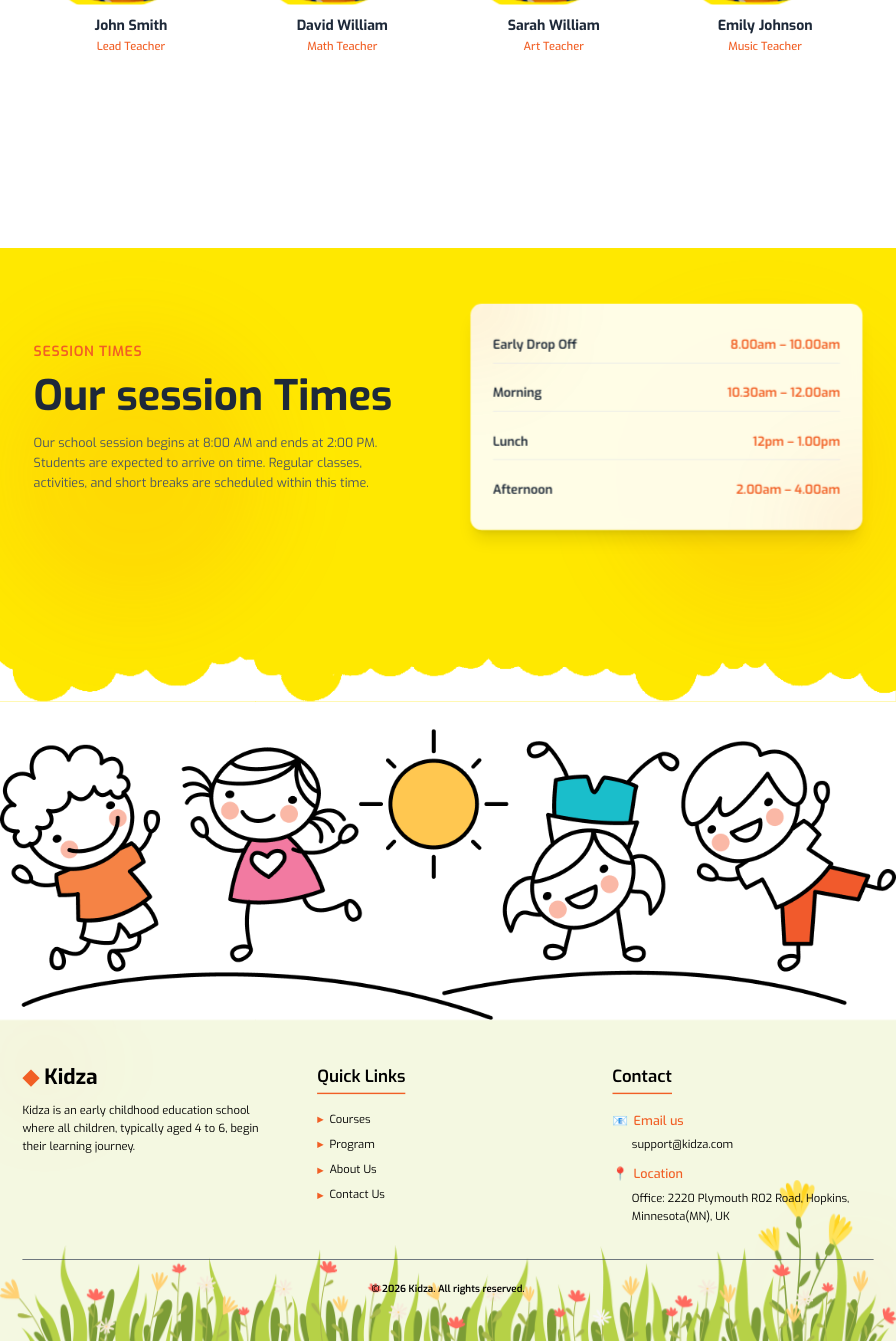
Repository: deepak445566/school
Page: / (app in okwork/)
These files come from the project's save history. The page is drawn as it stood at one moment and after a run of saves; the edit follows.
The browser window is 1280 px wide. The pictures show the part of the page from y = 3000 to 4920 px (the page is 4916 px tall before and 4920 px after), at 70% of full size.
Some web fonts or font styles are not loaded; a fallback is used. The project was rebuilt for these pictures with package versions that can differ from the ones it lists, and the page was loaded fresh each time. Some packages were replaced by stand-ins written for this rebuild. Also part of the build but not shown: okwork/vite.config.js.

Above is the page before, as saved 2026-02-18 20:24:35.

After the next 2 saves:
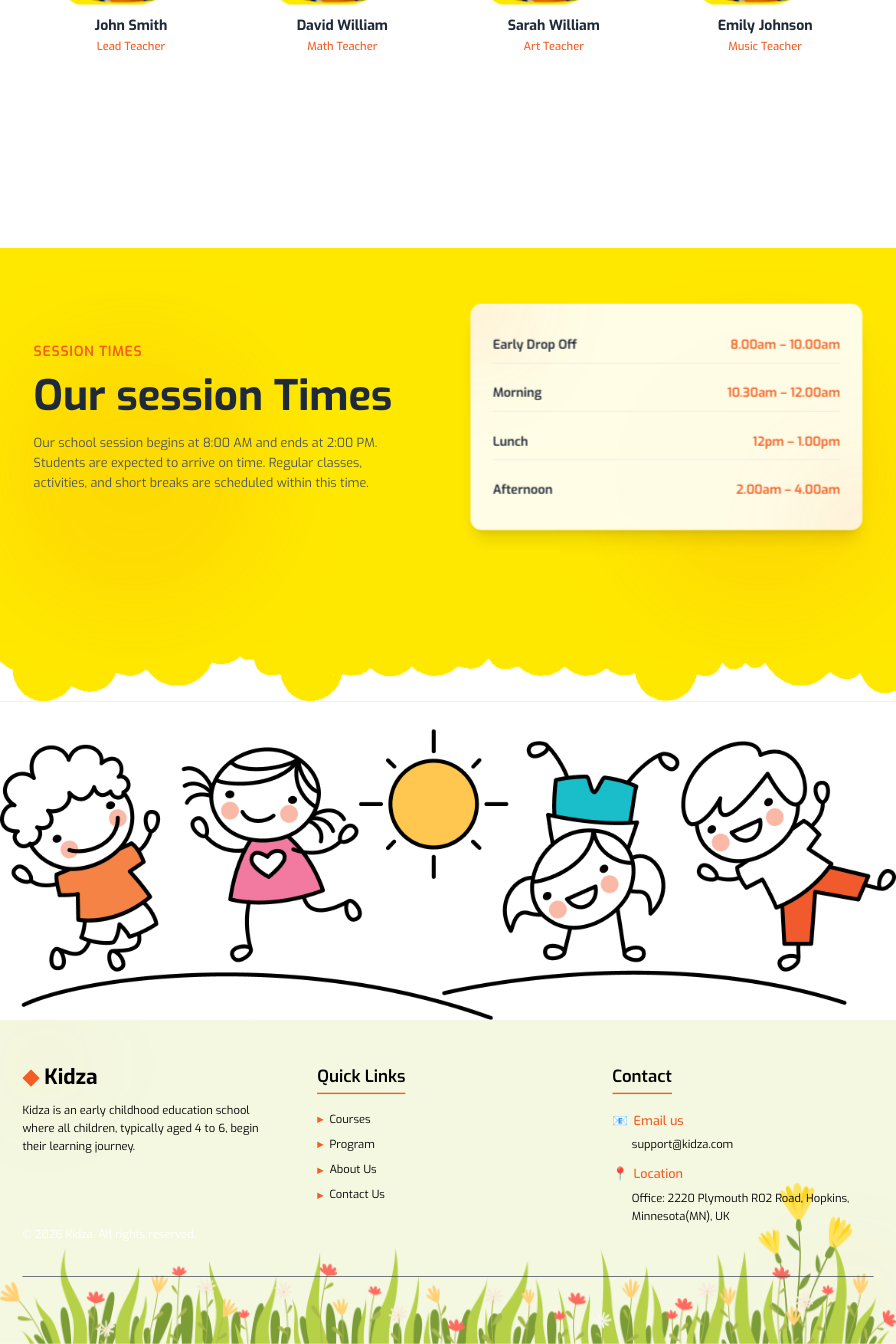
The 2 saves are shown as one change because they came seconds apart.
The last was saved 14 s later.
--- a/okwork/src/components/Footer.jsx
+++ b/okwork/src/components/Footer.jsx
@@ -78,8 +78,9 @@
 
 
         {/* Bottom Bar */}
+        <p>&copy; {new Date().getFullYear()} Kidza. All rights reserved.</p>
         <div className="border-t border-gray-700 mt-8 md:mt-12 pt-6 md:pt-8 text-center text-black text-xs md:text-sm font-semibold">
-          <p>&copy; {new Date().getFullYear()} Kidza. All rights reserved.</p>
+
         </div>
       </div>
       <div className='absolute bottom-0 left-0 w-full'>

After the 2 saves that followed:
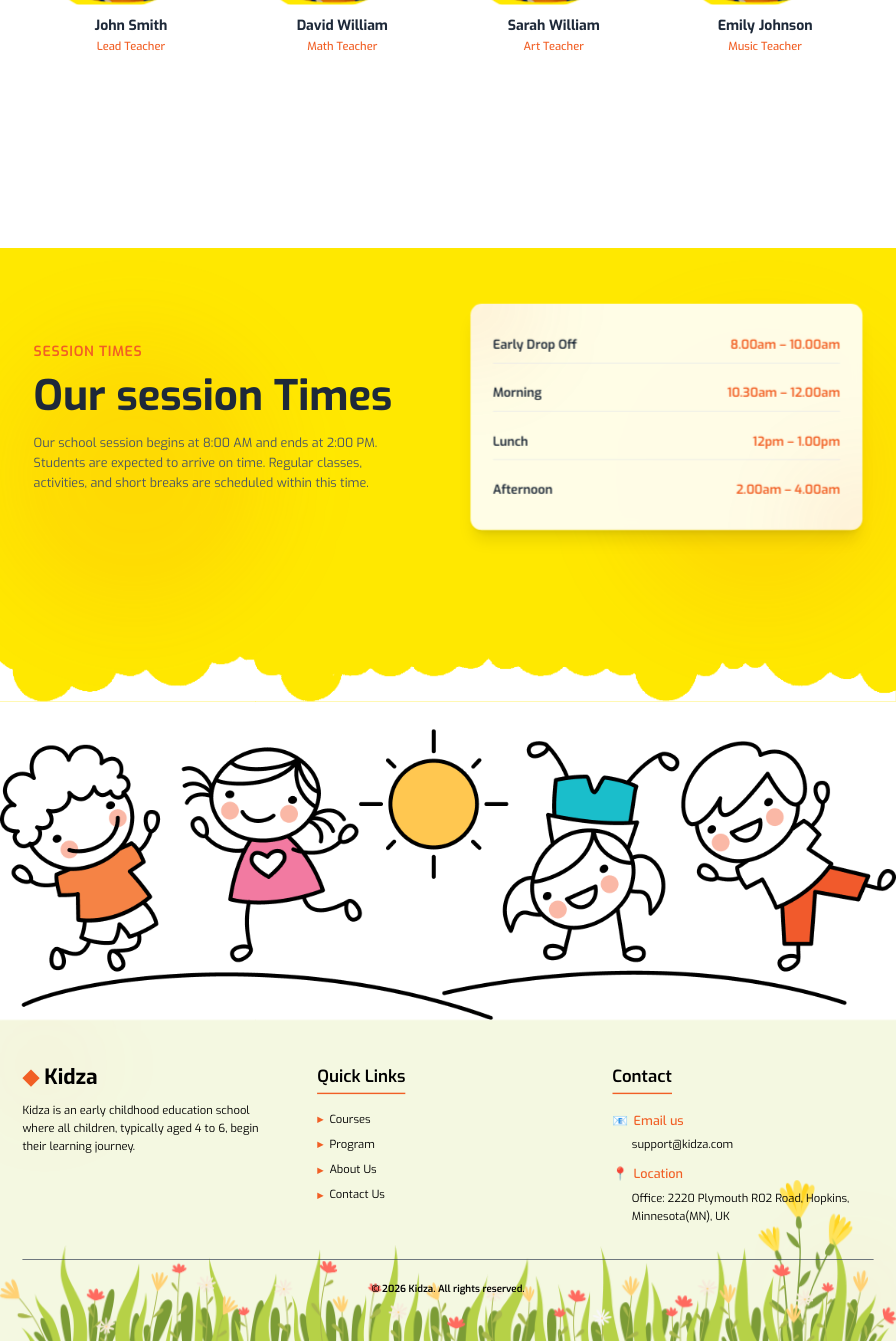
The 2 saves are shown as one change because 1 left the picture as it was.
The last was saved 18 s later.
--- a/okwork/src/components/Footer.jsx
+++ b/okwork/src/components/Footer.jsx
@@ -78,9 +78,8 @@
 
 
         {/* Bottom Bar */}
-        <p>&copy; {new Date().getFullYear()} Kidza. All rights reserved.</p>
         <div className="border-t border-gray-700 mt-8 md:mt-12 pt-6 md:pt-8 text-center text-black text-xs md:text-sm font-semibold">
-
+          <p>&copy; {new Date().getFullYear()} Kidza. All rights reserved.</p>
         </div>
       </div>
       <div className='absolute bottom-0 left-0 w-full'>
